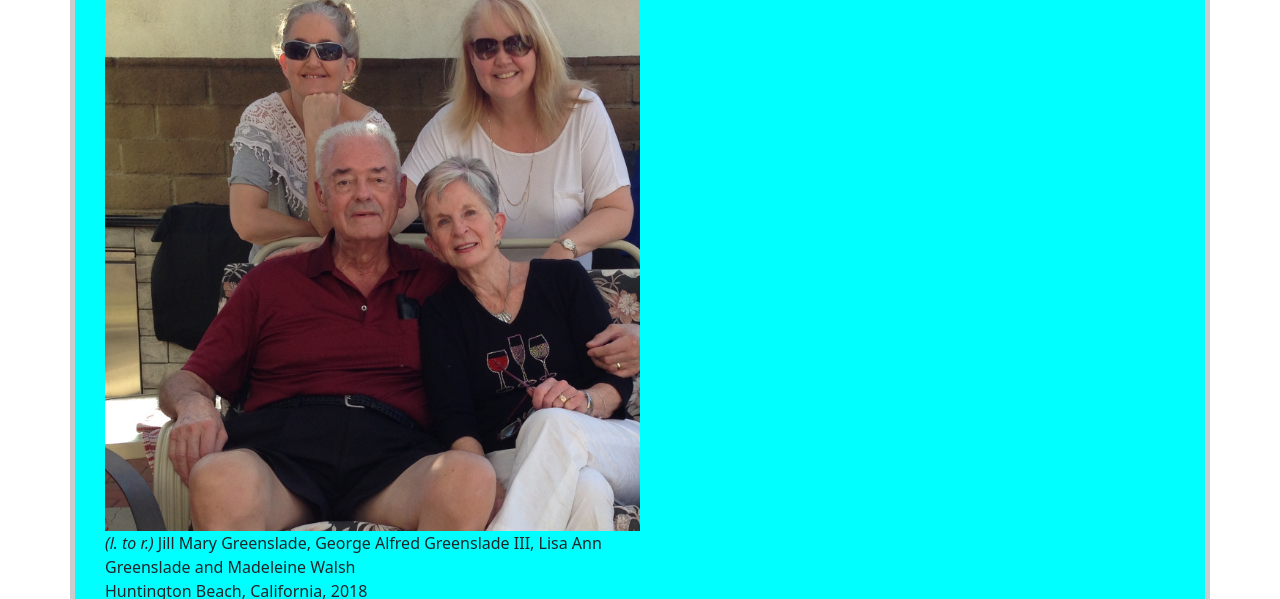
Repository: George2916/GreensladeFamilyTree
Page: photoLisaAnnGreenslade.html
The author's editor kept a record of every edit. The page is drawn from the files as they stood at one moment, then again after the next edit.
The browser window is 1280 px wide. The pictures show the part of the page from y = 463 to 1062 px (the page is 1513 px tall before and 1928 px after).
A picture or video elsewhere on the page could not be fetched, so the positions and the page height are approximate.

Above is the page before.

After the next edit:
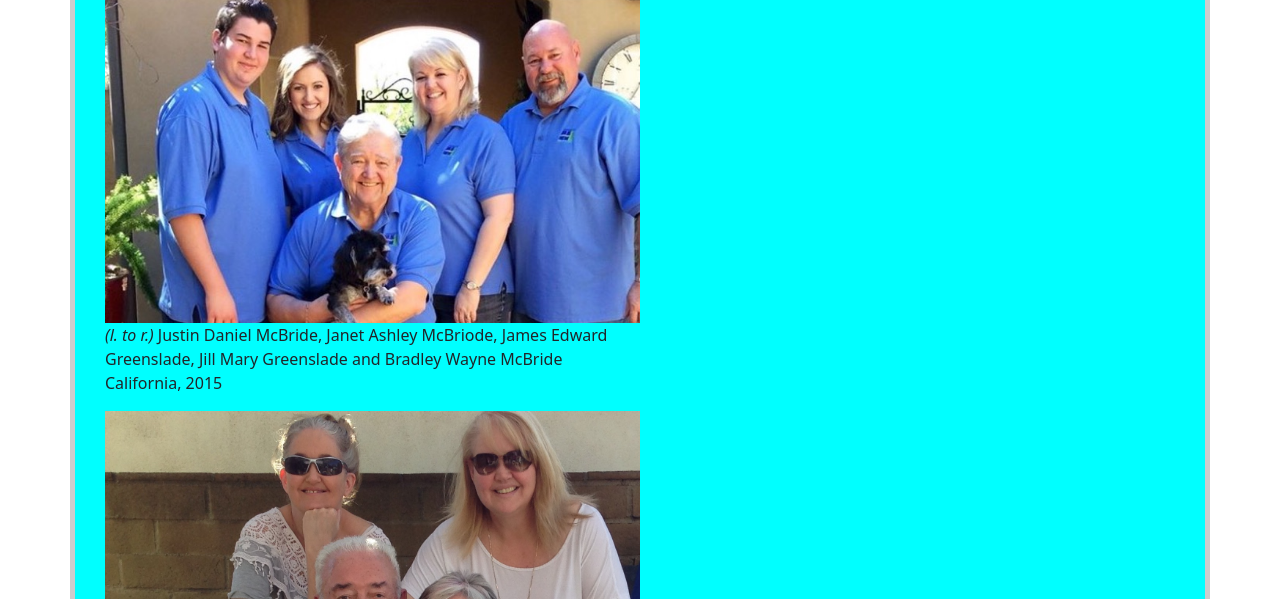
The edit:
--- a/photoLisaAnnGreenslade.html
+++ b/photoLisaAnnGreenslade.html
@@ -43,6 +43,11 @@
         </div>
 
         <div class="col-12 col-md-6">
+                <img class="img-fluid" src="images/jillMaryGreenslade(1).jpg">
+                <p><i>(l. to r.)</i>&nbsp;Justin Daniel McBride, Janet Ashley McBriode, James Edward Greenslade, Jill Mary Greenslade and Bradley Wayne McBride<br>California, 2015</p>
+        </div>
+
+        <div class="col-12 col-md-6">
                 <img class="img-fluid" src="images/lisaGreenslade(2).jpg">
                 <p><i>(l. to r.)</i>&nbsp;Jill Mary Greenslade, George Alfred Greenslade III, Lisa Ann Greenslade and Madeleine Walsh<br>Huntington Beach, California, 2018</p>
         </div>
